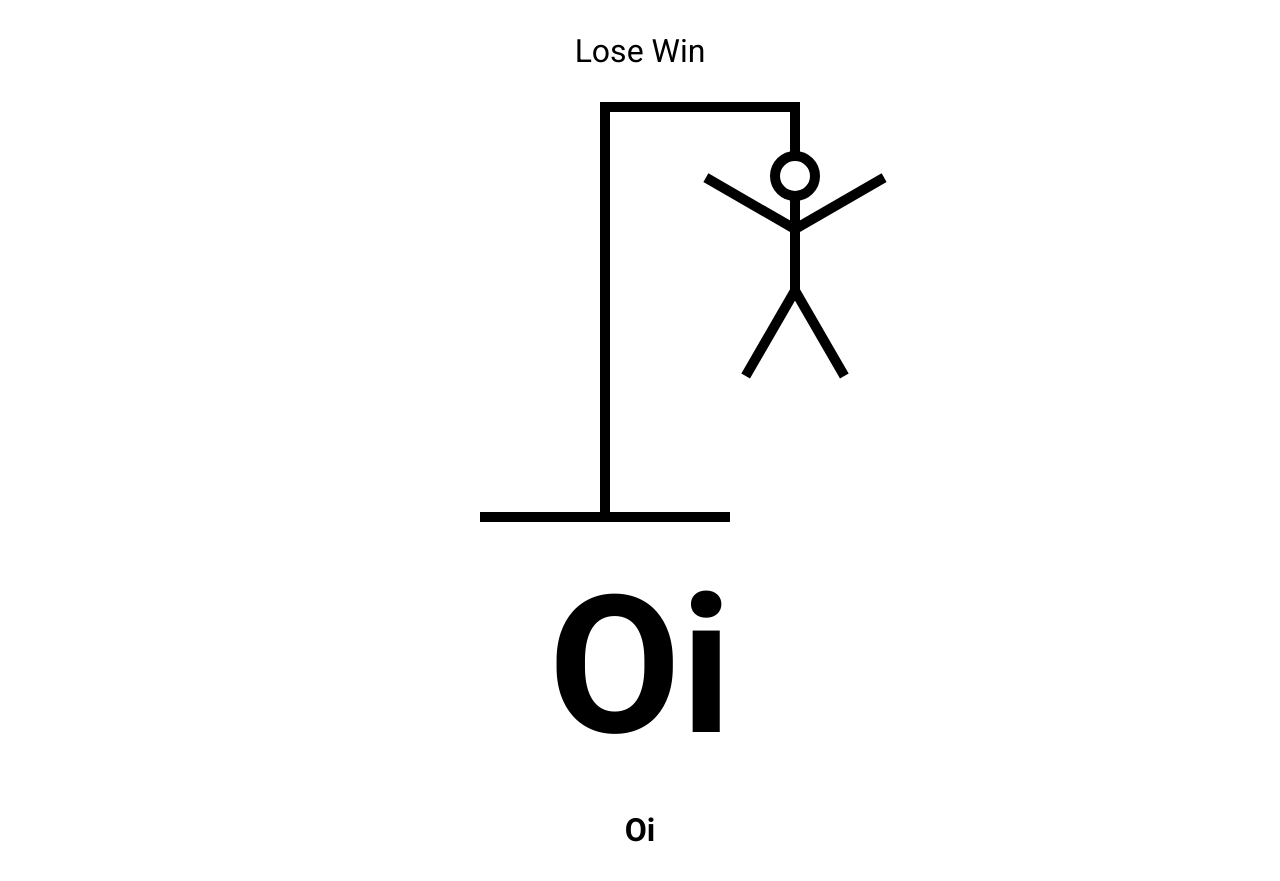
Repository: guilhermecardoso93/jogodaforca
Page: /
These files come from the project's save history. The page is drawn as it stood at one moment and after the next save; the edit follows.
The browser window is 1280 px wide. The pictures show the whole page.
The project was rebuilt for these pictures with package versions that can differ from the ones it lists, and the page was loaded fresh each time. Also part of the build but not shown: vite.config.ts.

Above is the page before, as saved 2022-12-06 21:09:13.

### index.html
<!DOCTYPE html>
<html lang="en">
  <head>
    <meta charset="UTF-8" />
    <link rel="icon" type="image/svg+xml" href="/vite.svg" />
    <meta name="viewport" content="width=device-width, initial-scale=1.0" />
    <link rel="preconnect" href="https://fonts.googleapis.com"><link
      rel="preconnect" href="https://fonts.gstatic.com" crossorigin><link
      href="https://fonts.googleapis.com/css2?family=Roboto:ital,wght@0,400;0,500;0,700;1,400&display=swap"
      rel="stylesheet">
    <title>Vite + React + TS</title>
  </head>
  <body>
    <div id="root"></div>
    <script type="module" src="/src/main.tsx"></script>
  </body>
</html>

### src/App.tsx
import { useState } from "react";
import words from "./wordList.json";

import { HangmanDrawing } from "./components/HangmanDrawing";
import { HangmanWord } from "./components/HangmanWord";
import { Keyboard } from "./components/Keyboard";

import "./App.css";

export function App() {
  const randomWords = () => {
    return words[Math.floor(Math.random() * words.length)];
  };

  const [wordToGuess, setWordToGuess] = useState(randomWords);
  const [guessedLetters, setGuessedLetters] = useState<string[]>([]);

  console.log(wordToGuess);
  return (
    <div className="container">
      <div className="loseOrWin">Lose Win</div>
      <HangmanDrawing />
      <HangmanWord />
      <Keyboard />
    </div>
  );
}

### src/wordList.json
[
  "capaz",
  "sobre",
  "absoluto",
  "aceitar",
  "conta",
  "alcançar",
  "através",
  "ativo",
  "real",
  "Admitem",
  "anunciar",
  "afetar",
  "proporcionar",
  "depois",
  "tarde",
  "novamente",
  "contra",
  "agente",
  "aceita",
  "permitir",
  "quase",
  "já",
  "tudo bem",
  "também",
  "Apesar",
  "sempre",
  "América",
  "quantia",
  "outro",
  "responda",
  "separado",
  "aparente",
  "aparecer",
  "Aplique",
  "nomear",
  "abordagem",
  "apropriado",
  "área",
  "argumentar",
  "arranjo",
  "associado",
  "presumir",
  "participar",
  "autoridade",
  "acessível",
  "consciente",
  "horrível",
  "bebê",
  "Saldo",
  "bola",
  "banco",
  "base",
  "base",
  "urso",
  "bater",
  "beleza",
  "Porque",
  "antes da",
  "começar",
  "acreditam",
  "beneficiar",
  "melhor",
  "entre",
  "conta",
  "nascimento",
  "Preto",
  "cara",
  "sangue",
  "golpe",
  "limite",
  "linha",
  "Lista",
  "ouço",
  "pequena",
  "viver",
  "carregar",
  "local",
  "trancar",
  "Londres",
  "grandes",
  "olhar",
  "senhor",
  "perder",
  "amor",
  "sorte",
  "almoço",
  "máquina",
  "faço",
  "gerir",
  "muitos",
  "marca",
  "mercado",
  "casar",
  "Combine",
  "matéria",
  "significa",
  "significado",
  "a medida",
  "encontrar",
  "membro",
  "menção",
  "meio",
  "poderia",
  "milha",
  "ouvir",
  "coração",
  "aquecer",
  "pesado",
  "inferno",
  "ajuda",
  "aqui",
  "Alto",
  "história",
  "aguarde",
  "feriado",
  "casa",
  "honesto",
  "esperança",
  "cavalo",
  "hospital",
  "hora",
  "lar",
  "Contudo",
  "olá",
  "centenas",
  "esposo",
  "idéia",
  "identificar",
  "Imagine",
  "importante",
  "melhorar",
  "incluir",
  "renda",
  "aumentar",
  "na verdade",
  "Individual",
  "indústria",
  "informar",
  "garantir",
  "interesse",
  "em",
  "introduzir",
  "investir",
  "envolver",
  "questão",
  "item",
  "Jesus",
  "Junte",
  "juiz",
  "pular",
  "apenas",
  "guarda",
  "matar",
  "Gentil",
  "rei",
  "cozinha",
  "bater",
  "conhecer",
  "trabalho",
  "senhora",
  "terra",
  "Língua",
  "ampla",
  "último",
  "tarde",
  "riso",
  "conduzir",
  "aprender",
  "sair",
  "deixei",
  "menos",
  "carta",
  "nível",
  "vida",
  "leve",
  "Curti",
  "provável",
  "cinco",
  "apartamento",
  "piso",
  "Segue",
  "Comida",
  "pé",
  "força",
  "esquecer",
  "Formato",
  "fortuna",
  "frente",
  "quatro",
  "França",
  "gratuitamente",
  "amigo",
  "a partir de",
  "frente",
  "cheio",
  "função",
  "fundo",
  "futuro",
  "jogos",
  "jardim",
  "em geral",
  "Alemanha",
  "menina",
  "dar",
  "vidro",
  "Boa",
  "adeus",
  "governo",
  "grande",
  "conceder",
  "excelente",
  "verde",
  "chão",
  "grupo",
  "crescer",
  "acho",
  "cabelo",
  "metade",
  "corredor",
  "mão",
  "pendurar",
  "acontecer",
  "feliz",
  "duro",
  "odiar",
  "tenho",
  "cabeça",
  "saúde"
]

### src/components/HangmanDrawing.tsx
const HEAD = (
  <div
    style={{
      width: "50px",
      height: "50px",
      borderRadius: "100%",
      border: "10px solid black",
      position: "absolute",
      top: "49px",
      right: "-20px",
    }}
  />
);

const BODY = (
  <div
    style={{
      width: "10px",
      height: "100px",
      background: "black",
      position: "absolute",
      top: "90px",
      right: 0,
    }}
  />
);

const RIGHT_ARM = (
  <div
    style={{
      width: "100px",
      height: "10px",
      background: "black",
      position: "absolute",
      top: "120px",
      right: "-100px",
      rotate: "-30deg",
      transformOrigin: "left bottom",
    }}
  />
);

const LEFT_ARM = (
  <div
    style={{
      width: "100px",
      height: "10px",
      background: "black",
      position: "absolute",
      top: "120px",
      right: "10px",
      rotate: "30deg",
      transformOrigin: "right bottom",
    }}
  />
);

const RIGHT_LEG = (
  <div
    style={{
      width: "100px",
      height: "10px",
      background: "black",
      position: "absolute",
      top: "180px",
      right: "-90px",
      rotate: "60deg",
      transformOrigin: "left bottom",
    }}
  />
);

const LEFT_LEG = (
  <div
    style={{
      width: "100px",
      height: "10px",
      background: "black",
      position: "absolute",
      top: "180px",
      right: 0,
      rotate: "-60deg",
      transformOrigin: "right bottom",
    }}
  />
);

const BODY_PARTS = [HEAD, BODY, RIGHT_ARM, LEFT_ARM, RIGHT_LEG, LEFT_LEG];

type HangmanDrawingProps = {
  numberOfGuesses: number
}

export function HangmanDrawing() {
  return (
    <div style={{ position: "relative" }}>
      {BODY_PARTS}
      <div
        style={{
          height: "50px",
          width: "10px",
          background: "black",
          position: "absolute",
          top: 0,
          right: 0,
        }}
      />
      <div
        style={{
          height: "10px",
          width: "200px",
          background: "black",
          marginLeft: "120px",
        }}
      />
      <div
        style={{
          height: "400px",
          width: "10px",
          background: "black",
          marginLeft: "120px",
        }}
      />
      <div style={{ height: "10px", width: "250px", background: "black" }} />
    </div>
  );
}

### src/components/HangmanWord.tsx
import "../App.css";
export function HangmanWord() {
  return (
    <div className="HangmanWordContainer">
      <h1>Oi</h1>
    </div>
  )
}

### src/components/Keyboard.tsx
export function Keyboard() {
  return (
    <div>
      <h1>Oi</h1>
    </div>
  )
}

### src/App.css
* {
  margin: 0;
  passing: 0;
  box-sizing: border-box;
  font-family: "Roboto", sans-serif;
}

body {
  margin: 2rem;
}

.container {
  max-width: 800px;
  display: flex;
  flex-direction: column;
  gap: 2rem;
  margin: 0 auto;
  align-items: center;
  justify-content: center;
}

.loseOrWin {
  font-size: 2rem;
  text-align: center;
}

.HangmanWordContainer {
  display: flex;
  gap: 0.25em;
  font-size: 6rem;
}

Loaded but not shown: src/main.tsx (common file)

After the next save:
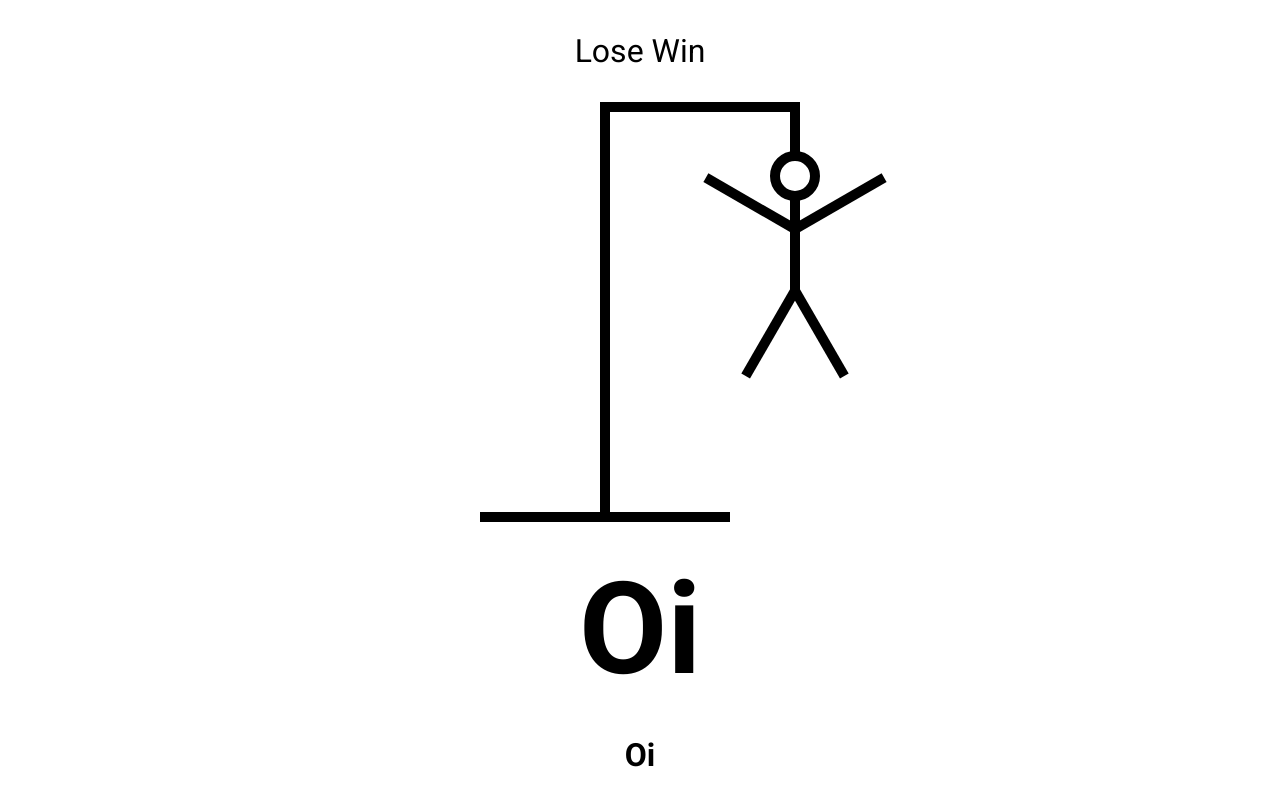
Saved 12 s later.
--- a/src/App.css
+++ b/src/App.css
@@ -27,5 +27,5 @@ body {
 .HangmanWordContainer {
   display: flex;
   gap: 0.25em;
-  font-size: 6rem;
+  font-size: 4rem;
 }
